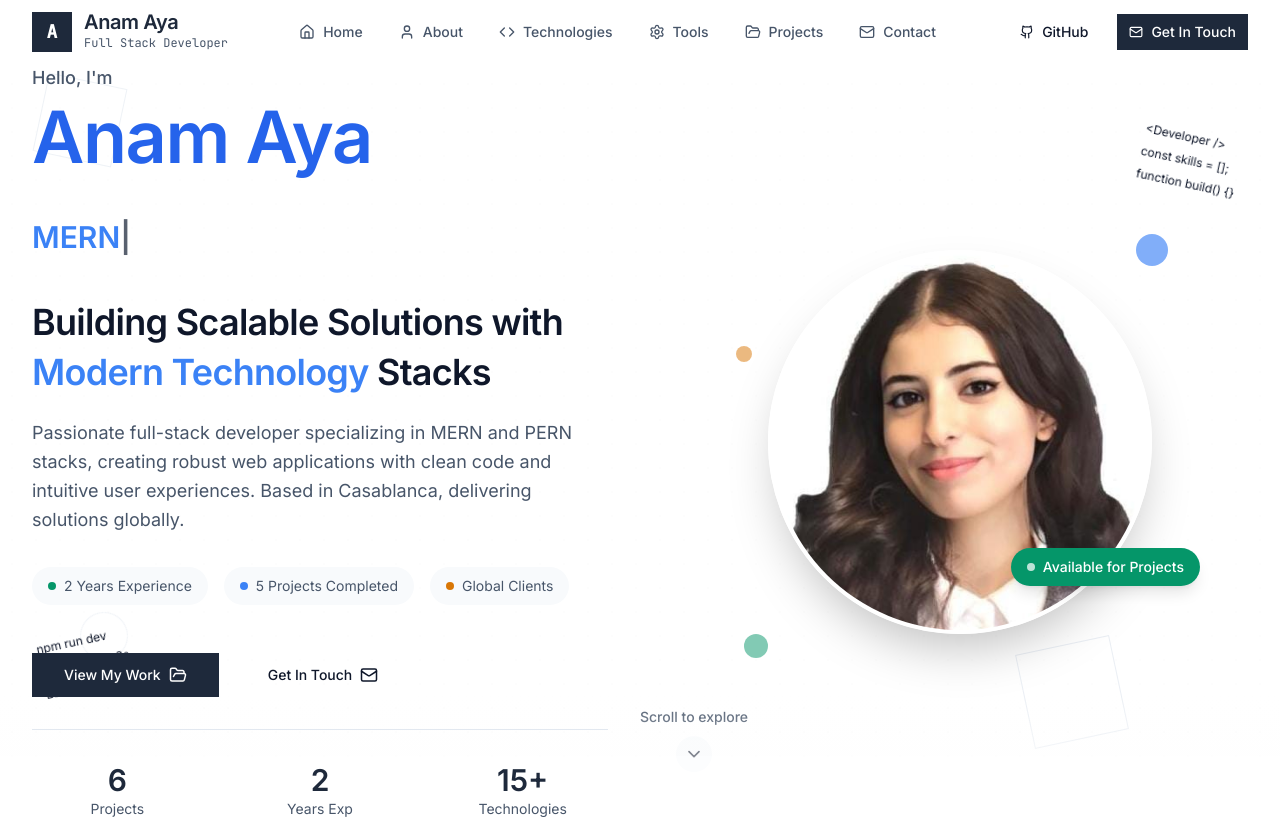
Repository: ayaaas/portflio_aya
Page: /
An editor plug-in stored every save of this project. The page is shown before and after the next save, followed by the edit.
The browser window is 1280 px wide. The pictures show the whole page.
The project was rebuilt for these pictures with package versions that can differ from the ones it lists, and the page was loaded fresh each time. Also part of the build but not shown: vite.config.mjs, src/components/ErrorBoundary.jsx, src/pages/about-me-personal-narrative/components/ProfileImage.jsx, src/pages/about-me-personal-narrative/components/PersonalStory.jsx, src/pages/about-me-personal-narrative/components/SkillsOverview.jsx, src/pages/about-me-personal-narrative/components/PersonalValues.jsx, src/pages/about-me-personal-narrative/index.jsx, src/pages/tools-professional-workflow-display/components/ToolCard.jsx and 22 more.

Above is the page before, as saved 2025-07-19 00:49:43.

After the next save:
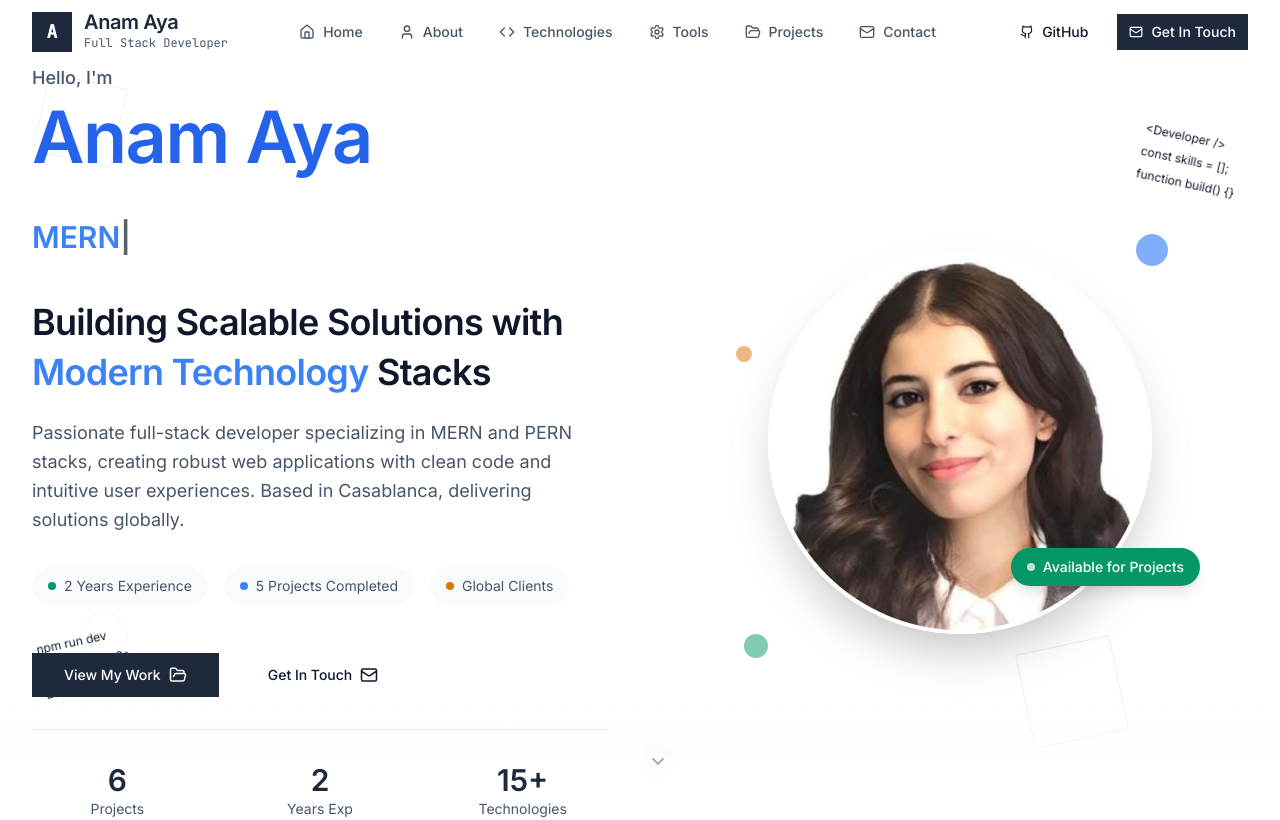
Saved 53 s later.
--- a/src/pages/hero-section-developer-portfolio/components/ScrollIndicator.jsx
+++ b/src/pages/hero-section-developer-portfolio/components/ScrollIndicator.jsx
@@ -25,7 +25,6 @@ const ScrollIndicator = () => {
 
   return (
     <div className="absolute bottom-8 left-1/2 transform -translate-x-1/2 flex flex-col items-center space-y-2 animate-bounce">
-      <span className="text-sm text-text-secondary font-medium">Scroll to explore</span>
       <button
         onClick={scrollToNext}
         className="p-2 rounded-full bg-surface hover:bg-accent hover:text-accent-foreground transition-all-300 hover-lift"
